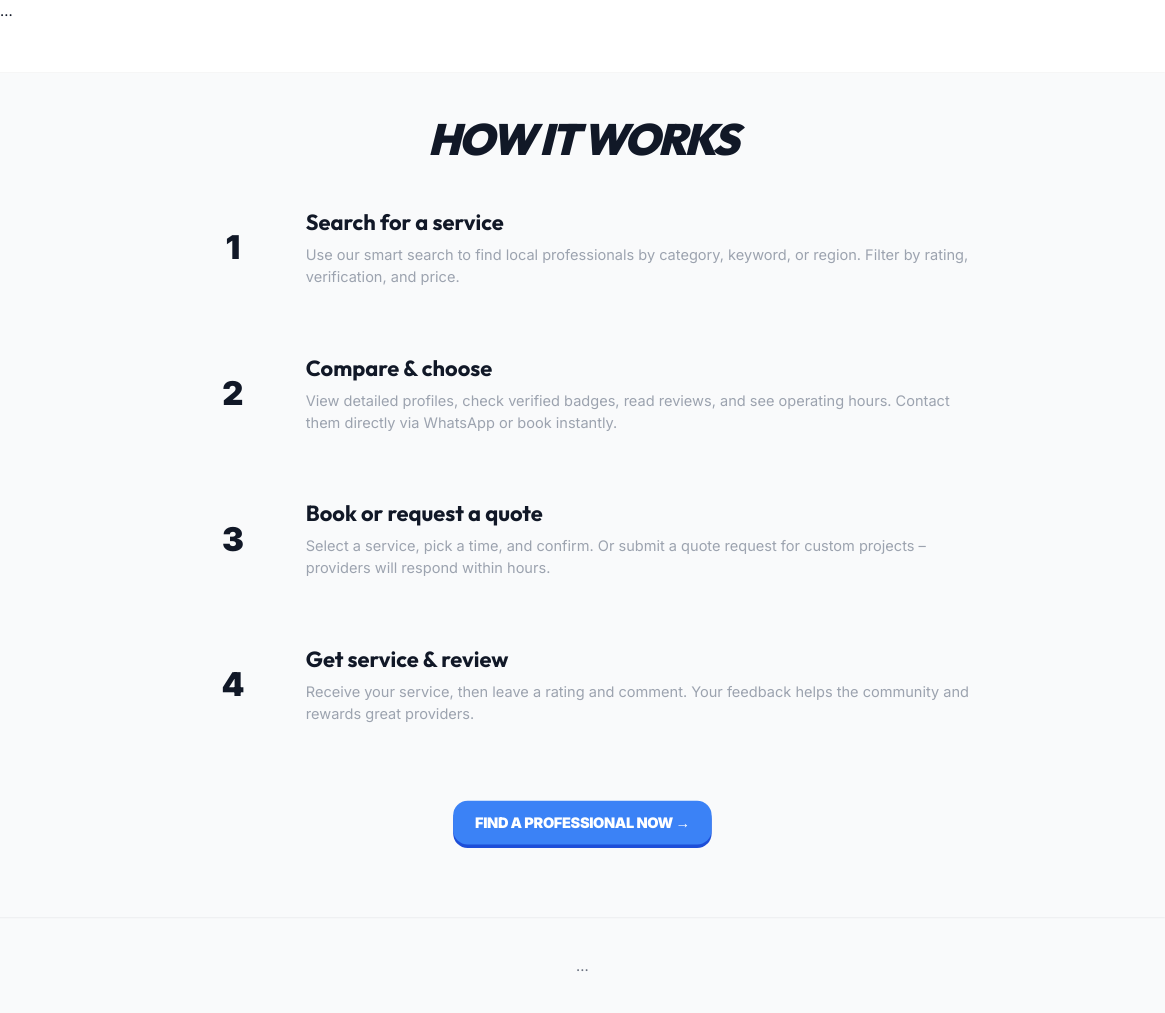
Repository: Paavo12/Localink
Page: frontend/how-it-works.html
The author's editor kept a copy of each file at every save. The page is drawn from the files as they stood at one save, then again after the next save.
The browser window is 1280 px wide. The pictures show the whole page, at 91% of full size.
Some web libraries are served in a nearby version.

Above is the page before, as saved 2026-05-21 10:48:08.

After the next save:
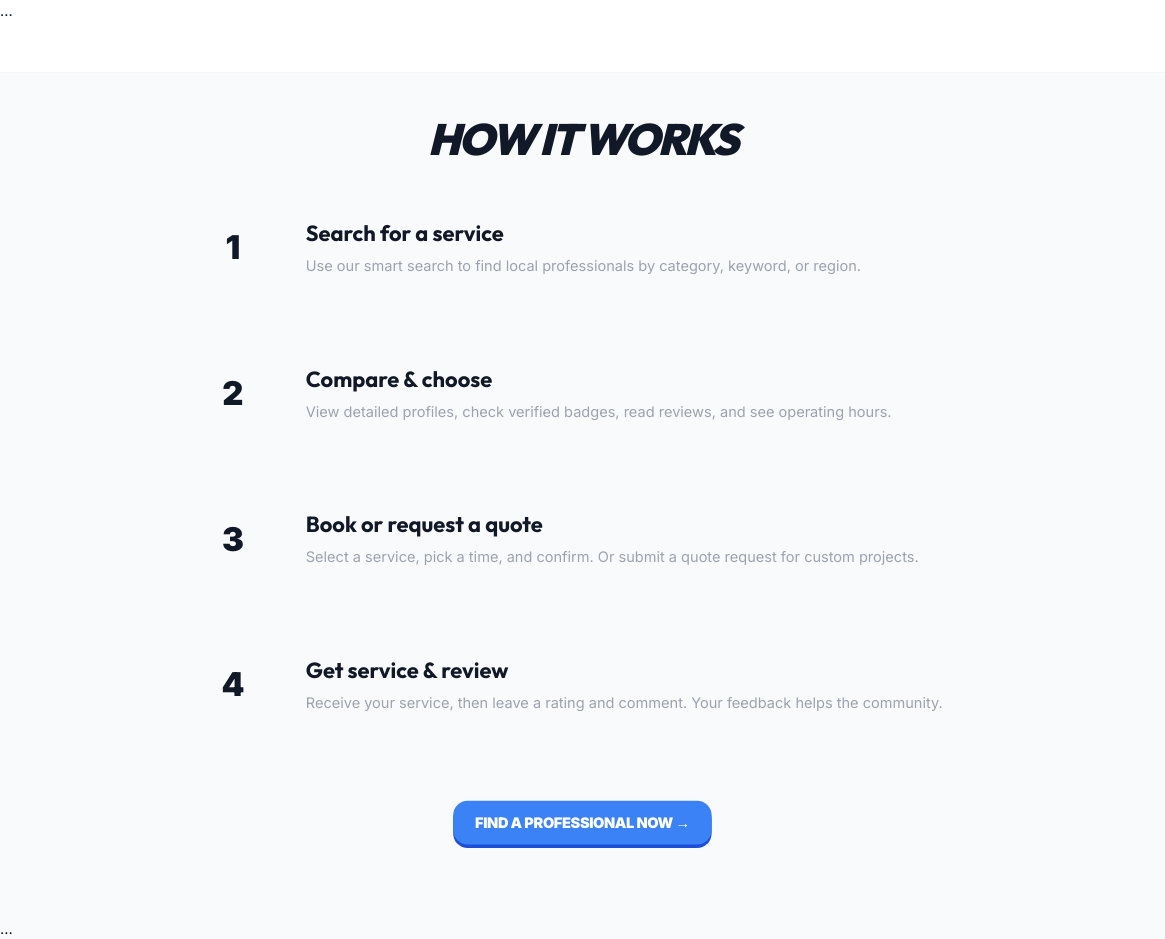
Saved 12 s later.
--- a/frontend/how-it-works.html
+++ b/frontend/how-it-works.html
@@ -2,57 +2,38 @@
 <html lang="en">
 <head>
   <meta charset="UTF-8">
-  <meta name="viewport" content="width=device-width, initial-scale=1.0">
   <title>How It Works – NamibConnect</title>
   <script src="https://cdn.tailwindcss.com"></script>
   <link rel="stylesheet" href="styles.css">
   <script src="script.js" defer></script>
 </head>
-<body class="bg-[var(--bg-main)] text-[var(--text-main)] antialiased">
+<body class="bg-[var(--bg-main)] text-[var(--text-main)]">
 
-  <!-- Navbar (same as index.html – include from your existing) -->
   <nav class="fixed top-0 left-0 right-0 z-50 glass-nav h-20">...</nav>
 
   <main class="pt-32 pb-20 max-w-4xl mx-auto px-4">
     <h1 class="text-5xl font-black uppercase italic tracking-tighter mb-12 text-center">How It Works</h1>
-
     <div class="space-y-16">
       <div class="flex flex-col md:flex-row gap-8 items-center">
         <div class="w-24 h-24 rounded-full bg-accent/10 flex items-center justify-center text-4xl font-black text-accent shrink-0">1</div>
-        <div>
-          <h2 class="text-2xl font-bold mb-2">Search for a service</h2>
-          <p class="text-gray-400">Use our smart search to find local professionals by category, keyword, or region. Filter by rating, verification, and price.</p>
-        </div>
+        <div><h2 class="text-2xl font-bold mb-2">Search for a service</h2><p class="text-gray-400">Use our smart search to find local professionals by category, keyword, or region.</p></div>
       </div>
       <div class="flex flex-col md:flex-row gap-8 items-center">
         <div class="w-24 h-24 rounded-full bg-accent/10 flex items-center justify-center text-4xl font-black text-accent shrink-0">2</div>
-        <div>
-          <h2 class="text-2xl font-bold mb-2">Compare & choose</h2>
-          <p class="text-gray-400">View detailed profiles, check verified badges, read reviews, and see operating hours. Contact them directly via WhatsApp or book instantly.</p>
-        </div>
+        <div><h2 class="text-2xl font-bold mb-2">Compare & choose</h2><p class="text-gray-400">View detailed profiles, check verified badges, read reviews, and see operating hours.</p></div>
       </div>
       <div class="flex flex-col md:flex-row gap-8 items-center">
         <div class="w-24 h-24 rounded-full bg-accent/10 flex items-center justify-center text-4xl font-black text-accent shrink-0">3</div>
-        <div>
-          <h2 class="text-2xl font-bold mb-2">Book or request a quote</h2>
-          <p class="text-gray-400">Select a service, pick a time, and confirm. Or submit a quote request for custom projects – providers will respond within hours.</p>
-        </div>
+        <div><h2 class="text-2xl font-bold mb-2">Book or request a quote</h2><p class="text-gray-400">Select a service, pick a time, and confirm. Or submit a quote request for custom projects.</p></div>
       </div>
       <div class="flex flex-col md:flex-row gap-8 items-center">
         <div class="w-24 h-24 rounded-full bg-accent/10 flex items-center justify-center text-4xl font-black text-accent shrink-0">4</div>
-        <div>
-          <h2 class="text-2xl font-bold mb-2">Get service & review</h2>
-          <p class="text-gray-400">Receive your service, then leave a rating and comment. Your feedback helps the community and rewards great providers.</p>
-        </div>
+        <div><h2 class="text-2xl font-bold mb-2">Get service & review</h2><p class="text-gray-400">Receive your service, then leave a rating and comment. Your feedback helps the community.</p></div>
       </div>
     </div>
-
-    <div class="mt-20 text-center">
-      <a href="search.html" class="btn-primary">Find a professional now →</a>
-    </div>
+    <div class="mt-20 text-center"><a href="search.html" class="btn-primary">Find a professional now →</a></div>
   </main>
 
-  <!-- Footer (same as index.html) -->
-  <footer class="bg-[var(--bg-main)] border-t border-[var(--border-main)] py-10 text-center text-gray-500">...</footer>
+  <footer>...</footer>
 </body>
 </html>
